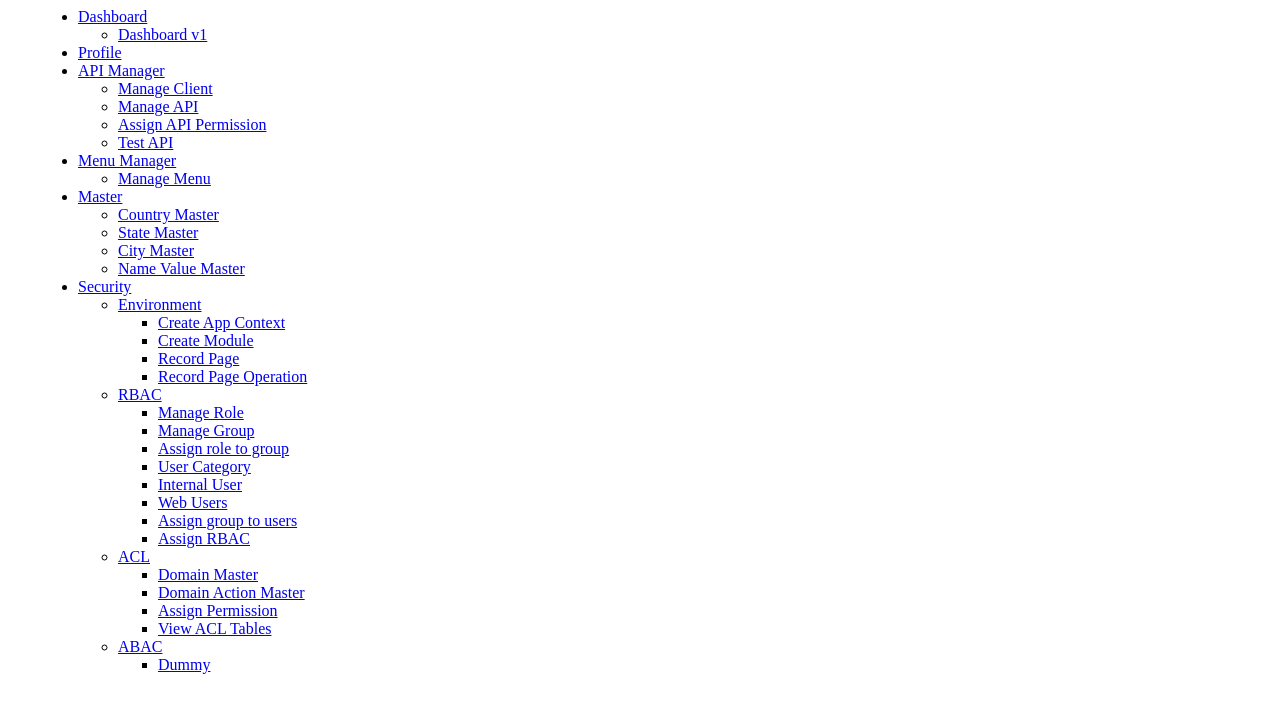
Repository: sanjeev167/PersonnelProjects
Page: http://localhost/PracticeOnNet/WEB-INF/jsp/admin/pvt/api_mgr/api_permission.jsp
The author's editor kept a copy of each file at every save. The page is drawn from the files as they stood at one save, then again after the next save.
The browser window is 1280 px wide. The pictures show the whole page.
The page is served by Tomcat 9. Nobody is signed in. Other server files are loaded and not shown. The template is opened directly, without the code that normally fills it, so the values that code supplies are empty.

Above is the page before, as saved 2019-07-26 17:54:03.

### PracticeOnNet_WS/PracticeOnNet/src/main/webapp/WEB-INF/jsp/admin/pvt/api_mgr/api_permission.jsp

<!-- jQuery 3 -->
<script src="https://code.jquery.com/jquery-3.3.1.js"></script>
<script type="text/javascript">

$(document).ready(function() {
	var data = [
		        //Dashboard
		        {"id": "1", "name": "Dashboard", "parent_id": "0","leafUrl":"#","nodeType":"N" ,"nodeImgUrl":"fa fa-dashboard"},
		        {"id": "2", "name": "Dashboard v1", "parent_id": "1","leafUrl":"<%=request.getContextPath() %>/admin/pvt/db","nodeType":"L" ,"nodeImgUrl":"fa fa-circle-o"},

		        {"id": "3", "name": "Profile", "parent_id": "0","leafUrl":"<%=request.getContextPath() %>/admin/pvt/profile","nodeType":"L" ,"nodeImgUrl":"fa fa-th"},

		        //API Manager
		        {"id": "4", "name": "API Manager", "parent_id": "0","leafUrl":"#","nodeType":"N" ,"nodeImgUrl":"fa fa-files-o"},
		        {"id": "5", "name": "Manage Client", "parent_id": "4","leafUrl":"<%=request.getContextPath() %>/admin/pvt/api_mgr/manage_client/","nodeType":"L" ,"nodeImgUrl":"fa fa-circle-o"},
		        {"id": "6", "name": "Manage API", "parent_id": "4","leafUrl":"<%=request.getContextPath() %>/admin/pvt/api_mgr/manage_api/","nodeType":"L" ,"nodeImgUrl":"fa fa-circle-o"},
		        {"id": "7", "name": "Assign API Permission", "parent_id": "4","leafUrl":"<%=request.getContextPath() %>/admin/pvt/api_mgr/api_permission/","nodeType":"L" ,"nodeImgUrl":"fa fa-circle-o"},
		        {"id": "8", "name": "Test API", "parent_id": "4","leafUrl":"<%=request.getContextPath() %>/admin/pvt/api_mgr/test_api/","nodeType":"L" ,"nodeImgUrl":"fa fa-circle-o"},

		        //Menu Manager
		        {"id": "9", "name": "Menu Manager", "parent_id": "0","leafUrl":"#","nodeType":"N" ,"nodeImgUrl":"fa fa-files-o"},
		        {"id": "10", "name": "Manage Menu", "parent_id": "9","leafUrl":"<%=request.getContextPath() %>/admin/pvt/menu_mgr/manage_menu/","nodeType":"L" ,"nodeImgUrl":"fa fa-circle-o"},

		        //Masters
		        {"id": "11", "name": "Master", "parent_id": "0","leafUrl":"#","nodeType":"N" ,"nodeImgUrl":"fa fa-files-o"},
		        {"id": "12", "name": "Country Master", "parent_id": "11","leafUrl":"<%=request.getContextPath() %>/admin/pvt/masters/country/","nodeType":"L" ,"nodeImgUrl":"fa fa-circle-o"},
		        {"id": "13", "name": "State Master", "parent_id": "11","leafUrl":"<%=request.getContextPath() %>/admin/pvt/masters/state/","nodeType":"L" ,"nodeImgUrl":"fa fa-circle-o"},
		        {"id": "14", "name": "City Master", "parent_id": "11","leafUrl":"<%=request.getContextPath() %>/admin/pvt/masters/city/","nodeType":"L" ,"nodeImgUrl":"fa fa-circle-o"},
		        {"id": "15", "name": "Name Value Master", "parent_id": "11","leafUrl":"<%=request.getContextPath() %>/admin/pvt/masters/city/","nodeType":"L" ,"nodeImgUrl":"fa fa-circle-o"},

		        //Security
		        {"id": "16", "name": "Security", "parent_id": "0","leafUrl":"#","nodeType":"N" ,"nodeImgUrl":"fa fa-share"},

		        //Environment
		        {"id": "18", "name": "Environment", "parent_id": "16","leafUrl":"#","nodeType":"N" ,"nodeImgUrl":"fa fa-circle-o"},
		        {"id": "19", "name": "Create App Context", "parent_id": "18","leafUrl":"<%=request.getContextPath() %>/admin/pvt/sec/env/department/","nodeType":"L" ,"nodeImgUrl":"fa fa-circle-o"},
		        {"id": "20", "name": "Create Module", "parent_id": "18","leafUrl":"<%=request.getContextPath() %>/admin/pvt/sec/env/module/","nodeType":"L" ,"nodeImgUrl":"fa fa-circle-o"},
		        {"id": "21", "name": "Record Page", "parent_id": "18","leafUrl":"<%=request.getContextPath() %>/admin/pvt/sec/env/page/","nodeType":"L" ,"nodeImgUrl":"fa fa-circle-o"},
		        {"id": "22", "name": "Record Page Operation", "parent_id": "18","leafUrl":"<%=request.getContextPath() %>/admin/pvt/sec/env/op/","nodeType":"L" ,"nodeImgUrl":"fa fa-circle-o"},

		        //RBAC
		        {"id": "23", "name": "RBAC", "parent_id": "16","leafUrl":"#","nodeType":"N" ,"nodeImgUrl":"fa fa-circle-o"},
		        {"id": "24", "name": "Manage Role", "parent_id": "23","leafUrl":"<%=request.getContextPath() %>/admin/pvt/sec/rbac/role/","nodeType":"L" ,"nodeImgUrl":"fa fa-circle-o"},
		        {"id": "25", "name": "Manage Group", "parent_id": "23","leafUrl":"<%=request.getContextPath() %>/admin/pvt/sec/rbac/group/","nodeType":"L" ,"nodeImgUrl":"fa fa-circle-o"},
		        {"id": "26", "name": "Assign role to group", "parent_id": "23","leafUrl":"<%=request.getContextPath() %>/admin/pvt/sec/rbac/roleToGroup/","nodeType":"L" ,"nodeImgUrl":"fa fa-circle-o"},
		        {"id": "27", "name": "User Category", "parent_id": "23","leafUrl":"<%=request.getContextPath() %>/admin/pvt/sec/rbac/userCategory/","nodeType":"L" ,"nodeImgUrl":"fa fa-circle-o"},
		        {"id": "28", "name": "Internal User", "parent_id": "23","leafUrl":"<%=request.getContextPath() %>/admin/pvt/sec/rbac/appAdminUser/","nodeType":"L" ,"nodeImgUrl":"fa fa-circle-o"},
		        {"id": "29", "name": "Web Users", "parent_id": "23","leafUrl":"<%=request.getContextPath() %>/admin/pvt/sec/rbac/webUser/","nodeType":"L" ,"nodeImgUrl":"fa fa-circle-o"},
		        {"id": "30", "name": "Assign group to users", "parent_id": "23","leafUrl":"<%=request.getContextPath() %>/admin/pvt/sec/rbac/groupToUser/","nodeType":"L" ,"nodeImgUrl":"fa fa-circle-o"},
		        {"id": "31", "name": "Assign RBAC", "parent_id": "23","leafUrl":"<%=request.getContextPath() %>/admin/pvt/sec/rbac/monitor/","nodeType":"L" ,"nodeImgUrl":"fa fa-circle-o"},


		        //ACl
		        {"id": "32", "name": "ACL", "parent_id": "16","leafUrl":"#","nodeType":"N" ,"nodeImgUrl":"fa fa-circle-o"},
		        {"id": "33", "name": "Domain Master", "parent_id": "32","leafUrl":"<%=request.getContextPath() %>/admin/pvt/sec/acl/dmnMaster/","nodeType":"L" ,"nodeImgUrl":"fa fa-circle-o"},
		        {"id": "34", "name": "Domain Action Master", "parent_id": "32","leafUrl":"<%=request.getContextPath() %>/admin/pvt/sec/acl/dmnActionMaster/","nodeType":"L" ,"nodeImgUrl":"fa fa-circle-o"},
		        {"id": "35", "name": "Assign Permission", "parent_id": "32","leafUrl":"<%=request.getContextPath() %>/admin/pvt/sec/acl/aclPermissions/","nodeType":"L" ,"nodeImgUrl":"fa fa-circle-o"},
		        {"id": "36", "name": "View ACL Tables", "parent_id": "32","leafUrl":"<%=request.getContextPath() %>/admin/pvt/sec/acl/monitor/aclInOne/","nodeType":"L" ,"nodeImgUrl":"fa fa-circle-o"},

		        //ABAC
		        {"id": "37", "name": "ABAC", "parent_id": "16","leafUrl":"#","nodeType":"N" ,"nodeImgUrl":"fa fa-circle-o"},
		        {"id": "38", "name": "Dummy", "parent_id": "37","leafUrl":"#","nodeType":"L" ,"nodeImgUrl":"fa fa-circle-o"},

	            ];

	var endMenu =getMenu("0");
	function getMenu( parentID ){
	           return data.filter(function(node){ return ( node.parent_id === parentID ) ; }).map(function(node){
	               var exists = data.some(function(childNode){  return childNode.parent_id === node.id; });
	               var subMenu = (exists) ? '<ul class="treeview-menu">'+ getMenu(node.id) + '</ul>' : "";
	               var menu;
	               if(exists)
	            	   menu= '<li class="treeview">'
		                          +'<a href="'+node.leafUrl+'"> <i class="'+node.nodeImgUrl+'"></i>'
		                          + '<span>' +node.name  +'</span>'
		                          + '<span class="pull-right-container">'
		                          +'<i class="fa fa-angle-left pull-right"></i>'
		                          +'</span>'
		                          +'</a>'
		                          +  subMenu
		                          + '</li>'  ;
		          else
		        	  menu= '<li>'
                      +'<a href="'+node.leafUrl+'"> <i class="'+node.nodeImgUrl+'"></i>'
                      + '<span>' +node.name  +'</span>'
                      +'</a>'
                   + '</li>' ;

                   return menu;

	           });
	       }
	 var finalMenu=endMenu.join('').replace(/,/g, "");
	$('#menu1').html('<ul class="sidebar-menu" data-widget="tree">'+finalMenu+ '</ul>');
});// End of document ready




</script>
<div id="menu1" style="width: 400px; margin-left: 30px;"></div>

After the next save:
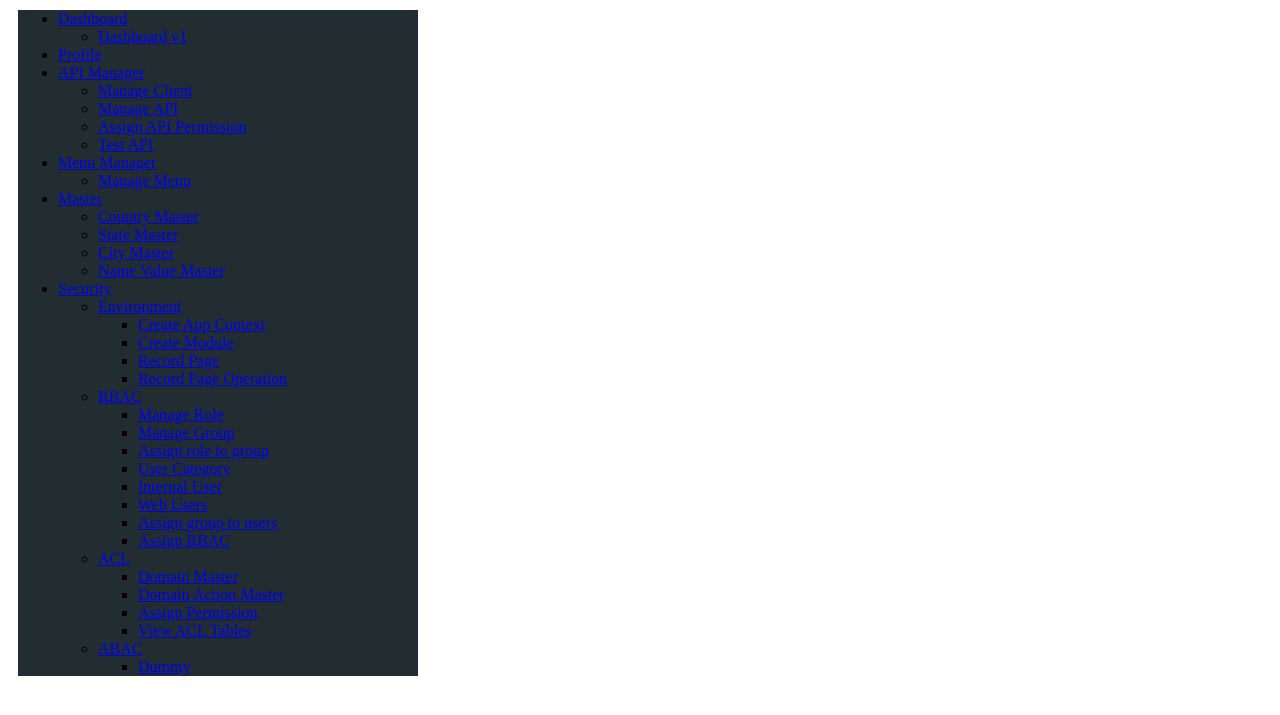
Saved 58 s later.
--- a/PracticeOnNet_WS/PracticeOnNet/src/main/webapp/WEB-INF/jsp/admin/pvt/api_mgr/api_permission.jsp
+++ b/PracticeOnNet_WS/PracticeOnNet/src/main/webapp/WEB-INF/jsp/admin/pvt/api_mgr/api_permission.jsp
@@ -99,4 +99,4 @@ $(document).ready(function() {
 
 
 </script>
-<div id="menu1" style="width: 400px; margin-left: 30px;"></div>
+<div id="menu1" style="width: 400px; margin-left: 30px; background-color: #222d32; margin: 10px; "></div>
